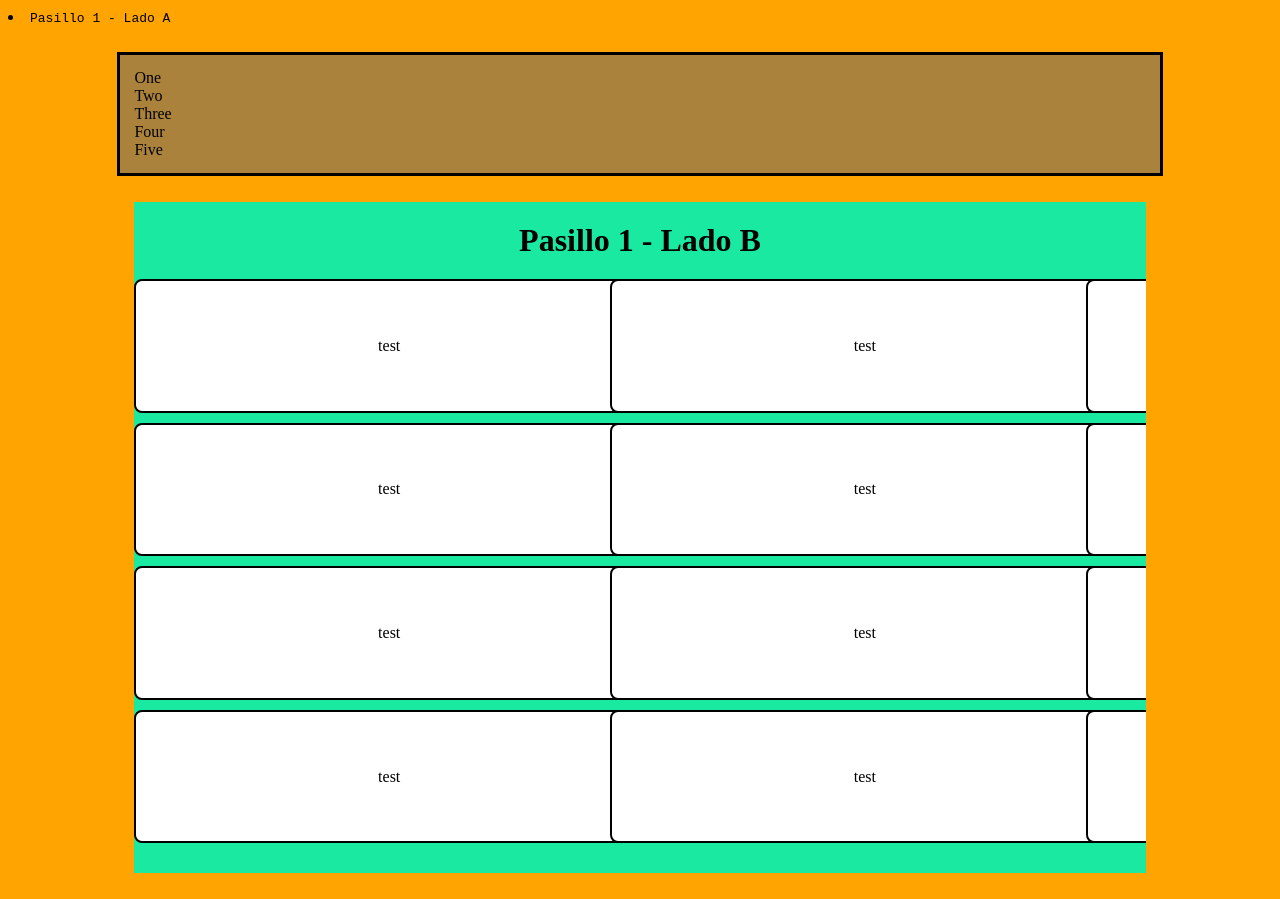
Repository: Franzcod/DepoStock_Web
Page: index.html
An editor plug-in stored every save of this project. The page is shown before and after the next save, followed by the edit.
The browser window is 1280 px wide. The pictures show the whole page.

Above is the page before, as saved 2020-06-07 02:52:57.
Console error: ReferenceError: ur is not defined

After the next save:
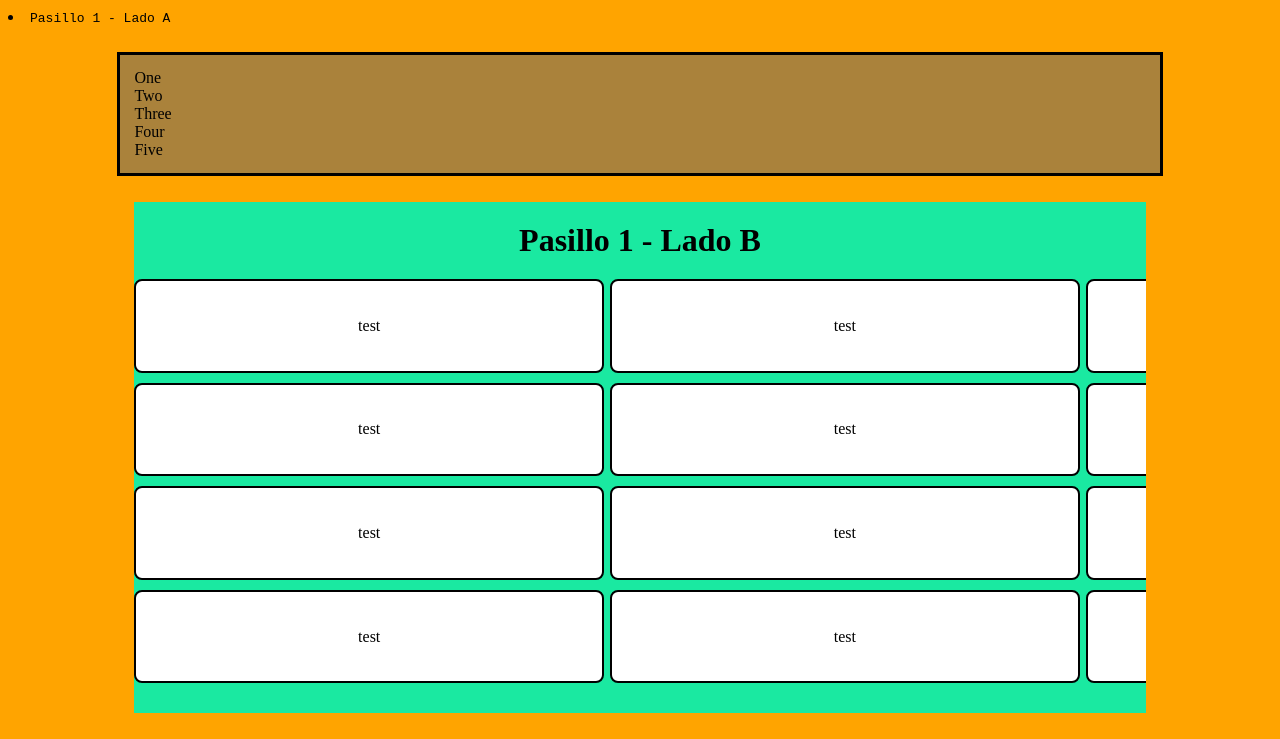
Saved 77 s later.
--- a/estilo/estilo.css
+++ b/estilo/estilo.css
@@ -72,7 +72,7 @@ h3 {
 .hs > li,
 .item {
     scroll-snap-align: center;
-    padding: calc(var(--gutter) / 1 );
+    /* padding: calc(var(--gutter) / 1 ); */
     display: flex;
     flex-direction: column;
     justify-content: center;
